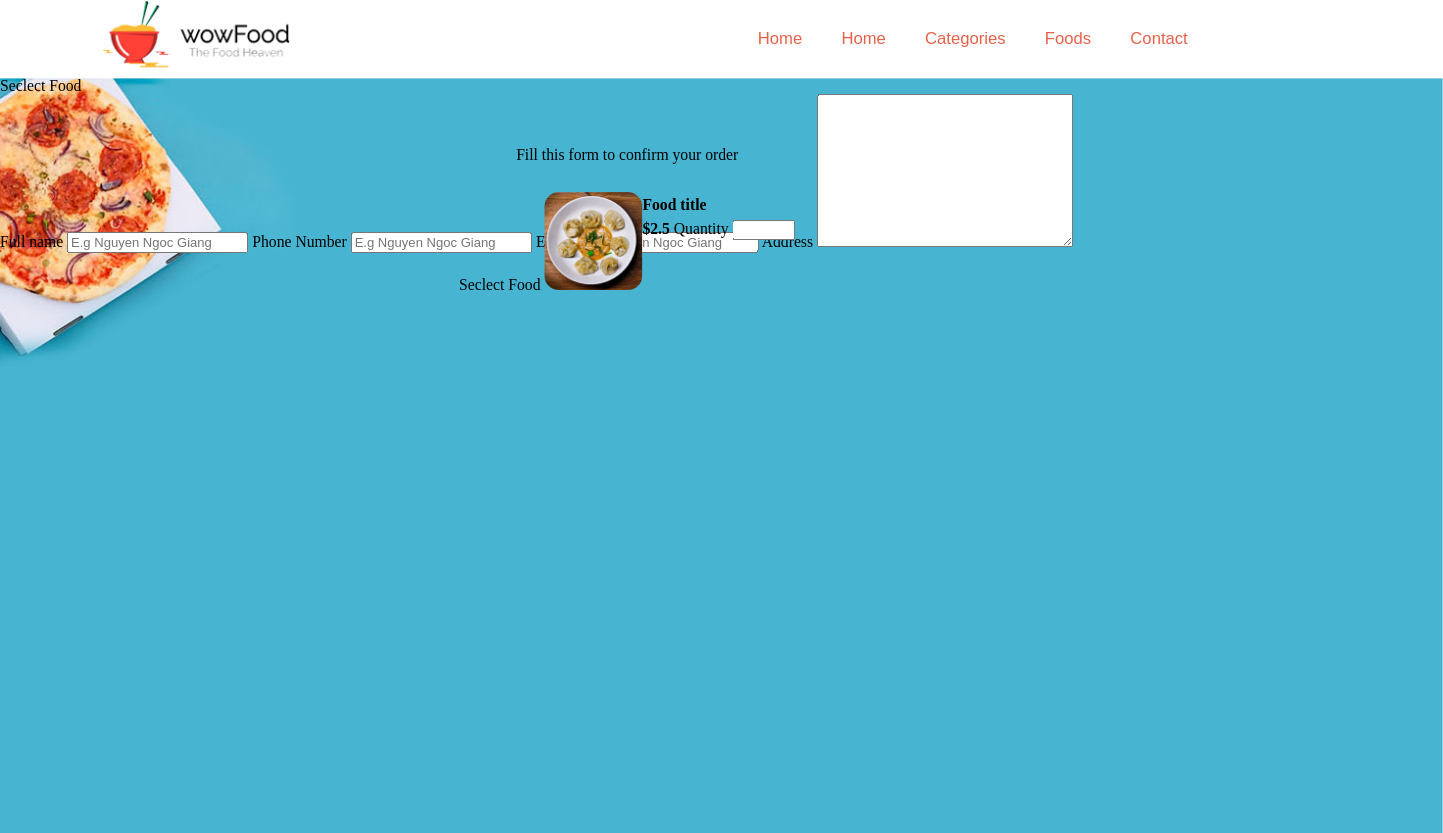
Repository: ruaruababa/WowFood
Page: order.html
An editor plug-in stored every save of this project. The page is shown before and after a run of saves, followed by the edit.
The browser window is 1280 px wide. The page is 1472 px wide, so the pictures cover 1472 px, including what lies to the right of the window. The pictures show the whole page, at 98% of full size.

Above is the page before, as saved 2021-09-19 22:10:04.

### order.html
<!DOCTYPE html>
<html lang="en">

<head>
    <meta charset="UTF-8">
    <meta http-equiv="X-UA-Compatible" content="IE=edge">
    <meta name="viewport" content="width=device-width, initial-scale=1.0">
    <title>Order Food</title>
    <link rel="stylesheet" href="./style.css">
    <link rel="stylesheet" href="./reset.css">
    <link rel="stylesheet" href="./order.css">
</head>

<body>
    <nav>
        <input type="checkbox" id="check" />
        <label for="check" class="checkbtn">
            <i class="fas fa-bars"></i>
        </label>
        <label class="logo">
            <img src="./img/logo.png" alt="" class="img-logo" />
        </label>
        <ul class="navbar">
            <li><a class="active" href="#">Home</a></li>
            <li><a href="#">Home</a></li>
            <li><a href="#">Categories</a></li>
            <li><a href="#">Foods</a></li>
            <li><a href="#">Contact</a></li>
        </ul>
    </nav>
    <section id=section-order>
        <img src="./bgorder.jpg" alt="" class="bgr" style="position: absolute; z-index: -1;">
        <div class="container-order">
            <form action="">
                <h3 class="title-order">Fill this form to confirm your order</h3>
                <label for="" class="seclect">Seclect Food</label>
                <div class="container-seclect-food">
                    <div class="img-food">
                        <label for="" class="seclect">Seclect Food</label>
                        <img src="./img/menu-momo.jpg" alt="" class="bgr-item" />
                    </div>
                    <div class="content-food">
                        <h6 class="title-item">Food title</h6>
                        <span class="price-item">$2.5</span>
                        <label for="" class="quantity">Quantity</label>
                        <input type="number" min="1" max="100">
                    </div>
                </div>
                <div class="container-delivery-title">
                    <lable class="full-name">Full name</lable>
                    <input type="text" placeholder="E.g Nguyen Ngoc Giang">
                    <lable class="phone-number">Phone Number</lable>
                    <input type="text" placeholder="E.g Nguyen Ngoc Giang">
                    <lable class="email">Email</lable>
                    <input type="text" placeholder="E.g Nguyen Ngoc Giang">
                    <lable class="Address">Address</lable>
                    <textarea name="address" id="" cols="30" rows="10"></textarea>


                </div>
            </form>
        </div>
    </section>
</body>

</html>

### style.css

li {
  text-decoration: none;
}

a {
  text-decoration: none;
}

nav {
  height: 80px;
  width: 100%;
}

label.logo {
  padding: 0 100px;
}

nav ul {
  float: right;
  margin-right: 50px;
}

nav ul li {
  display: inline-block;
  line-height: 80px;
  margin: 0 5px;
  font-family: "Poppins", sans-serif;
}

nav ul li a {
  color: #e7614a;
  font-size: 17px;
  padding: 7px 13px;
  border-radius: 3px;
}

.checkbtn {
  font-size: 30px;
  color: white;
  float: right;
  line-height: 80px;
  margin-right: 40px;
  cursor: pointer;
  display: none;
}

#check {
  display: none;
}

ul:hover li {
  filter: blur(3px);
  opacity: 0.5;
  transform: scale(0.98);
  box-shadow: none;
}

ul:hover li:hover {
  transform: scale(1.1);
  filter: blur(0px);
  opacity: 1;
  box-shadow: 0 8px 20px 0px rgba(0, 0, 0, 0.125);
}

.container-section-search {
  position: relative;
  text-align: center;
  margin-top: 15px;
}

.background-search {
  height: 250px;
}

.background-search img {
  height: inherit;
  width: 100%;
  object-fit: cover;
}

.form {
  width: 100%;
  position: absolute;
  top: 50%;
  left: 50%;
  transform: translate(-50%, -50%);
  height: 22px;
}

.input-search {
  width: 35%;
  height: inherit;
}

.btn-search {
  background-color: rgba(250, 59, 59, 0.849);
  border: none;
  border-radius: 5px;
  font-size: 14px;
  color: white;
  cursor: pointer;
  padding: 3px;
}

#section-collection {
  position: relative;
}

.container-section-collection {
  height: max-content;
}

.explore-food {
  padding-top: 70px;
  text-align: center;
  font-size: 24px;
  font-family: "Poppins", sans-serif;
}

.collection-food {
  width: 100%;
}

.list-food {
  margin-top: 50px;
  display: flex;
  justify-content: center;
  column-gap: 50px;
}

.list-food li {
  width: 330px;
  height: 400px;
  transition: 0.2s all;
}

.list-food li:hover {
  transform: scale(0.95);
}

.list-food li img {
  width: 100%;
  height: 100%;
  object-fit: cover;
  border-radius: 10px;
}

.list-food li span {
  font-family: "Poppins", sans-serif;
  display: block;
  font-size: 20px;
  text-align: center;
  color: #ffffff;
  margin-top: -50px;
}

article {
  background-color: #ececec;
}

.title-food-menu {
  padding-top: 70px;
  font-size: 24px;
  text-align: center;
  font-family: "Poppins", sans-serif;
}

.container-menu {
  padding-top: 50px;
  display: grid;
  grid-gap: 20px;
  grid-template-columns: repeat(auto-fit, minmax(550px, 1fr));
  grid-auto-rows: 180px;
  justify-items: center;
  font-family: "Poppins", sans-serif;
}

.container-item:nth-child(odd) {
  justify-self: end;
}

.container-item:nth-child(even) {
  justify-self: start;
}

.container-item {
  background-color: #ffffff;
  display: flex;
  align-items: center;
  border-radius: 15px;
}

.container-item img {
  width: 25%;
  height: 70%;
  object-fit: cover;
  border-radius: 15px;
  margin: 0 28px;
}

.container-item .item-content {
  width: 100%;
  height: 70%;
  object-fit: cover;
  border-radius: 15px;
  margin: 0 28px;
}

.item-content {
  display: inline-block;
}

.title-item {
  font-size: 16px;
  font-weight: bold;
  line-height: 25px;
}

.price-item {
  line-height: 25px;
  font-weight: bold;
}

.des-item {
  font-size: 14px;
  line-height: 20px;
  color: #747d9c;
}

.oder-item {
  text-decoration: none;
  background-color: #f56b81;
  color: white;
  border-radius: 5px;
  padding: 3px;
  display: inline-block;
}

.footer-food-menu {
  margin-top: 30px;
}

.see-all-foods {
  display: block;
  text-align: center;
  text-decoration: none;
  color: #f56b81;
  padding-bottom: 50px;
  font-family: "Poppins", sans-serif;
  transition: 0.2s all;
}

.see-all-foods:hover {
  text-decoration: underline;
  transform: scale(1.1);
}

.social-network-icon {
  display: flex;
  justify-content: center;
  margin-top: 30px;
}

.icon-insta {
  margin: 0 30px;
}

.license {
  margin-top: 40px;
  margin-bottom: 30px;
  font-family: "Poppins", sans-serif;
}

.license p {
  text-align: center;
}

.license p a {
  text-decoration: none;
  color: #e7614a;
}

@media (max-width: 952px) {
  label.logo {
    padding-left: 50px;
  }

  nav ul li a {
    font-size: 16px;
  }

  .container-item:nth-child(odd) {
    justify-self: center;
  }

  .container-item:nth-child(even) {
    justify-self: center;
  }
}

@media (max-width: 858px) {
  i {
    color: black;
  }

  .checkbtn {
    display: block;
  }

  .navbar {
    position: fixed;
    width: 100%;
    height: 250px;
    left: -100%;
    text-align: center;
    transition: all 0.5s;
    z-index: 2;
    background-color: #ffffff;
  }

  nav ul li {
    display: block;
    margin: 10px 0;
    line-height: 30px;
  }

  nav ul li a {
    font-size: 20px;
  }

  #check:checked ~ ul {
    left: 0;
  }

  .container-section-collection {
    height: max-content;
  }
}

section {
  position: relative;
}
@media (max-width: 858px) {
   .container-menu {
    padding-top: 50px;
    display: grid;
    grid-gap: 20px;
    grid-template-columns: repeat(auto-fit, minmax(550px, 1fr));
    grid-auto-rows: 180px;
    justify-items: center;
    font-family: "Poppins", sans-serif;
  }
}

@media (max-width: 414px) {
  label img {
    margin-left: -50px;
  }
  i.fa-bars {
    margin-right: -20px;
  }
  .navbar {
    position: fixed;
    width: 414px;
    height: 250px;
    left: -100%;
    text-align: center;
    transition: all 0.5s;
    z-index: 2;
    background-color: #ffffff;
  }

  nav ul li {
    display: block;
    margin: 10px 0;
    line-height: 30px;
  }

  nav ul li a {
    font-size: 20px;
  }

  #check:checked ~ ul {
    left: 0;
  }
  .list-food {
    display: flex;
    flex-direction: column;
    gap: 15px;
  }

  .item {
    align-self: center;
  }

  .container-menu {
    padding-top: 50px;
    display: grid;
    grid-gap: 20px;
    grid-template-columns: repeat(auto-fit, minmax(375px, 1fr));
    grid-auto-rows: 180px;
    justify-items: center;
    font-family: "Poppins", sans-serif;
  }
}

@media (max-width: 375px) {
  label img {
    margin-left: -50px;
  }
  i.fa-bars {
    margin-right: -20px;
  }
  .navbar {
    position: fixed;
    width: 375px;
    height: 250px;
    left: -100%;
    text-align: center;
    transition: all 0.5s;
    z-index: 2;
    background-color: #ffffff;
  }

  nav ul li {
    display: block;
    margin: 10px 0;
    line-height: 30px;
  }

  nav ul li a {
    font-size: 20px;
  }

  #check:checked ~ ul {
    left: 0;
  }

  .list-food {
    display: flex;
    flex-direction: column;
    gap: 15px;
  }

  .item {
    align-self: center;
  }

  .container-menu {
    padding-top: 50px;
    display: grid;
    grid-gap: 20px;
    grid-template-columns: repeat(auto-fit, minmax(375px, 1fr));
    grid-auto-rows: 180px;
    justify-items: center;
    font-family: "Poppins", sans-serif;
  }
  @media (max-width: 320px) {
  label img {
    margin-top: -70px;
    margin-left: -50px;
    padding-bottom: 10px;
  }
  i.fa-bars {
    margin-right: -20px;
    padding-top: 20px;
  }
  .navbar {
    position: fixed;
    width: 320px;
    height: 250px;
    left: -100%;
    text-align: center;
    transition: all 0.5s;
    z-index: 2;
    background-color: #ffffff;
    margin-top: -5px;
  }

  nav ul li {
    display: block;
    margin: 10px 0;
    line-height: 30px;
  }

  nav ul li a {
    font-size: 20px;
  }

  #check:checked ~ ul {
    left: 0;
  }

  .list-food {
    display: flex;
    flex-direction: column;
    gap: 15px;
  }

  .item {
    align-self: center;
  }

  .container-menu {
    padding-top: 50px;
    display: grid;
    grid-gap: 20px;
    grid-template-columns: repeat(auto-fit, minmax(319px, 1fr));
    grid-auto-rows: 180px;
    justify-items: center;
    font-family: "Poppins", sans-serif;
  }
}

/* article{
  position: relative;
  top: 200px;
} */

### order.css
.container-order{
    position: relative;
}
.title-order{
    position: absolute;
    left: 50%;
    transform: translateX(-50%);
    padding-top: 70px;
}
.container-seclect-food{
    display: flex;
    position: absolute;
    left: 50%;
    transform: translateX(-50%);
    margin-top: 100px;
    align-self: center;
    justify-content: center;
}
.img-food{
    display: inline;
}
.img-food img{
    width: 100px;

    border-radius: 15px;
}

Loaded but not shown: reset.css (common file)

After the next 4 saves:
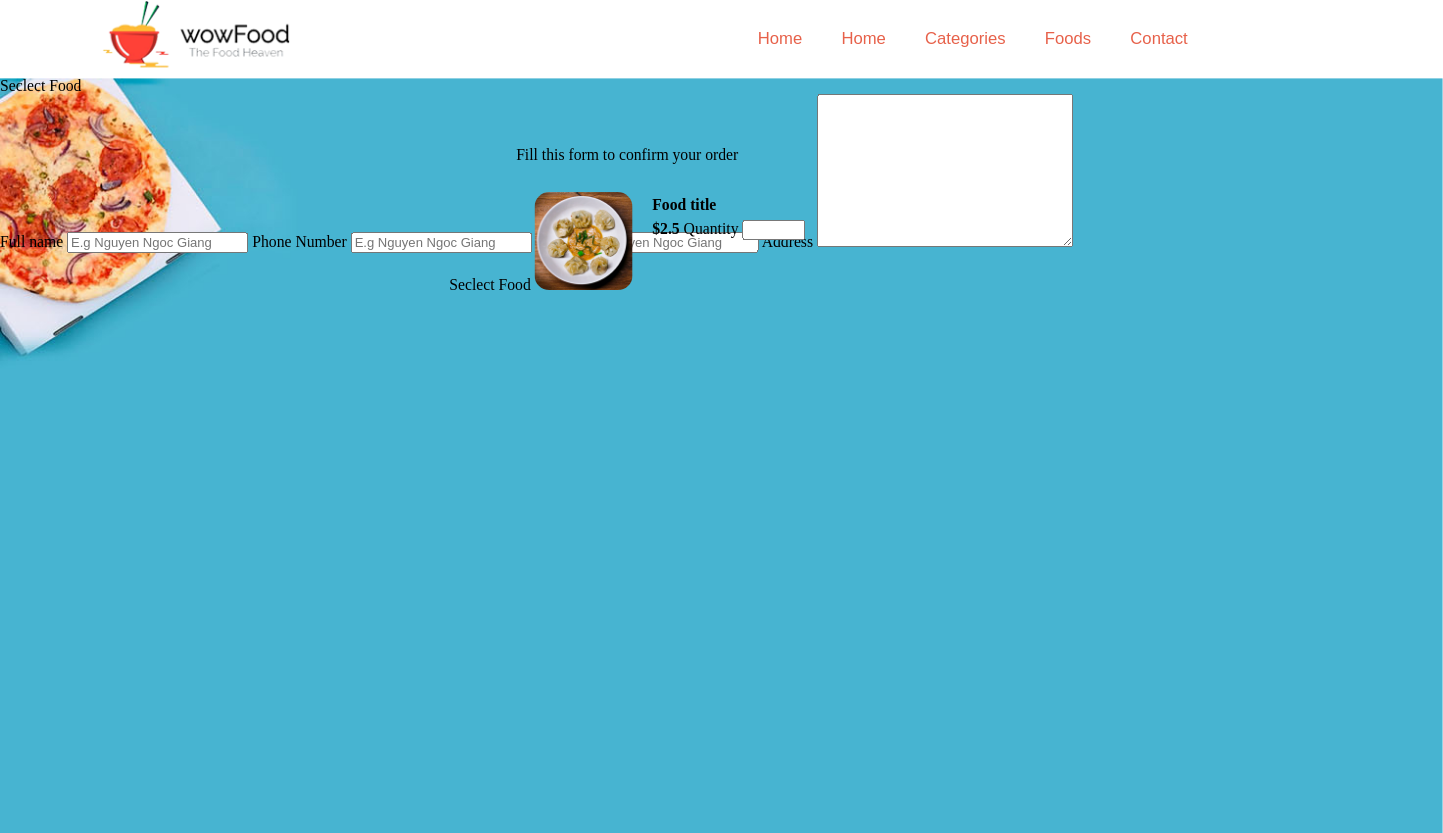
The 4 saves are shown as one change because they came seconds apart.
The last was saved 13 s later.
--- a/order.css
+++ b/order.css
@@ -15,12 +15,12 @@
     margin-top: 100px;
     align-self: center;
     justify-content: center;
+    gap: 20px;
 }
 .img-food{
     display: inline;
 }
 .img-food img{
     width: 100px;
-
     border-radius: 15px;
 }
